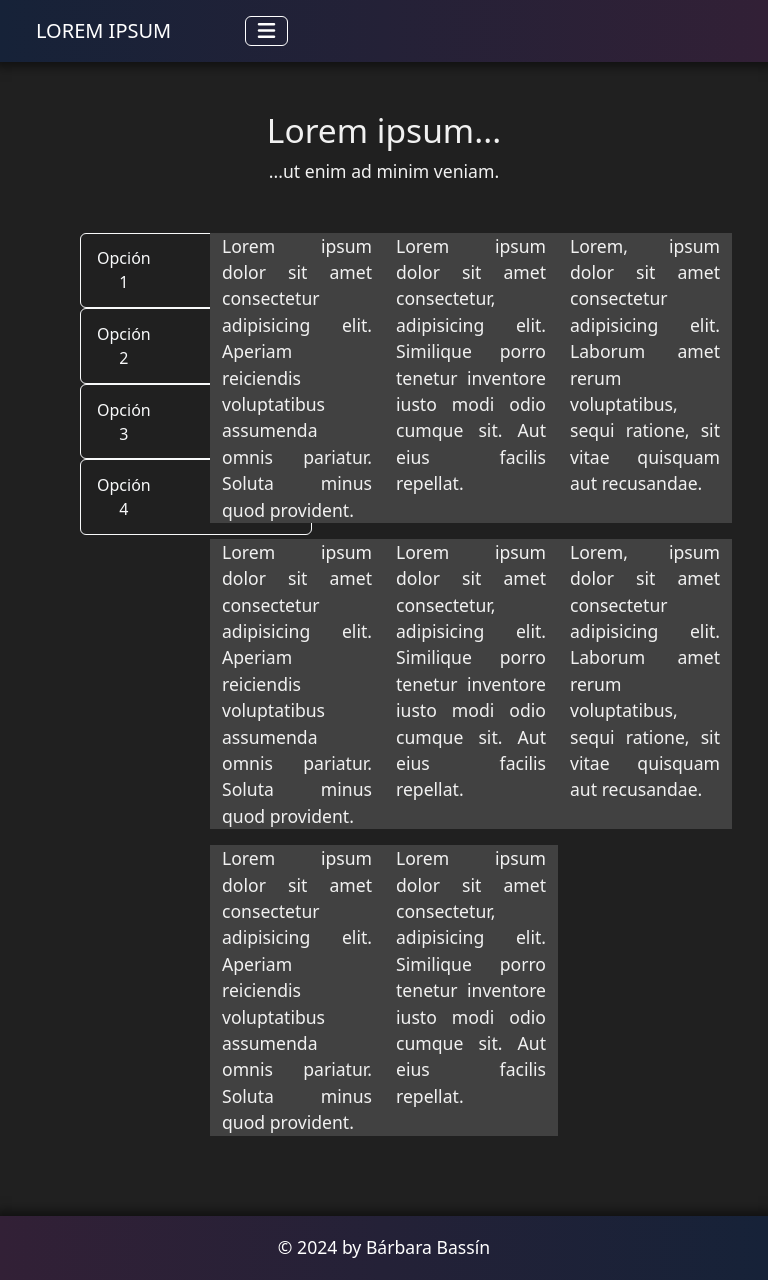
Repository: romancegirl/responsiveness
Page: index.html
The author's editor kept a copy of each file at every save. The page is drawn from the files as they stood at one save, then again after the next save.
The browser window is 768 px wide. The pictures show the whole page.

Above is the page before, as saved 2024-11-29 20:34:31.

After the next save:
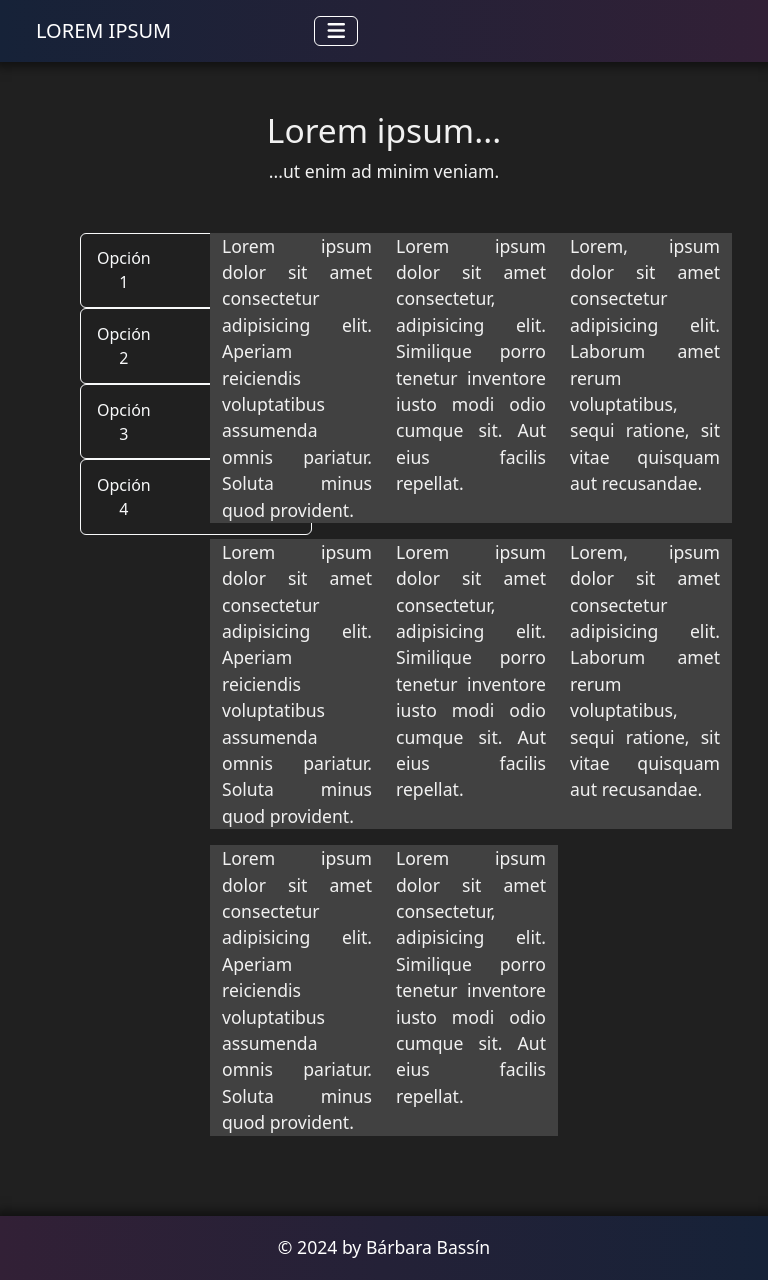
Saved 14 s later.
--- a/css/header-and-footer.css
+++ b/css/header-and-footer.css
@@ -97,7 +97,7 @@ a.nav-link:hover {
     }
 
     .navbar {
-        width: 70%;
+        width: 60%;
     }
 
     .navbar-nav {
